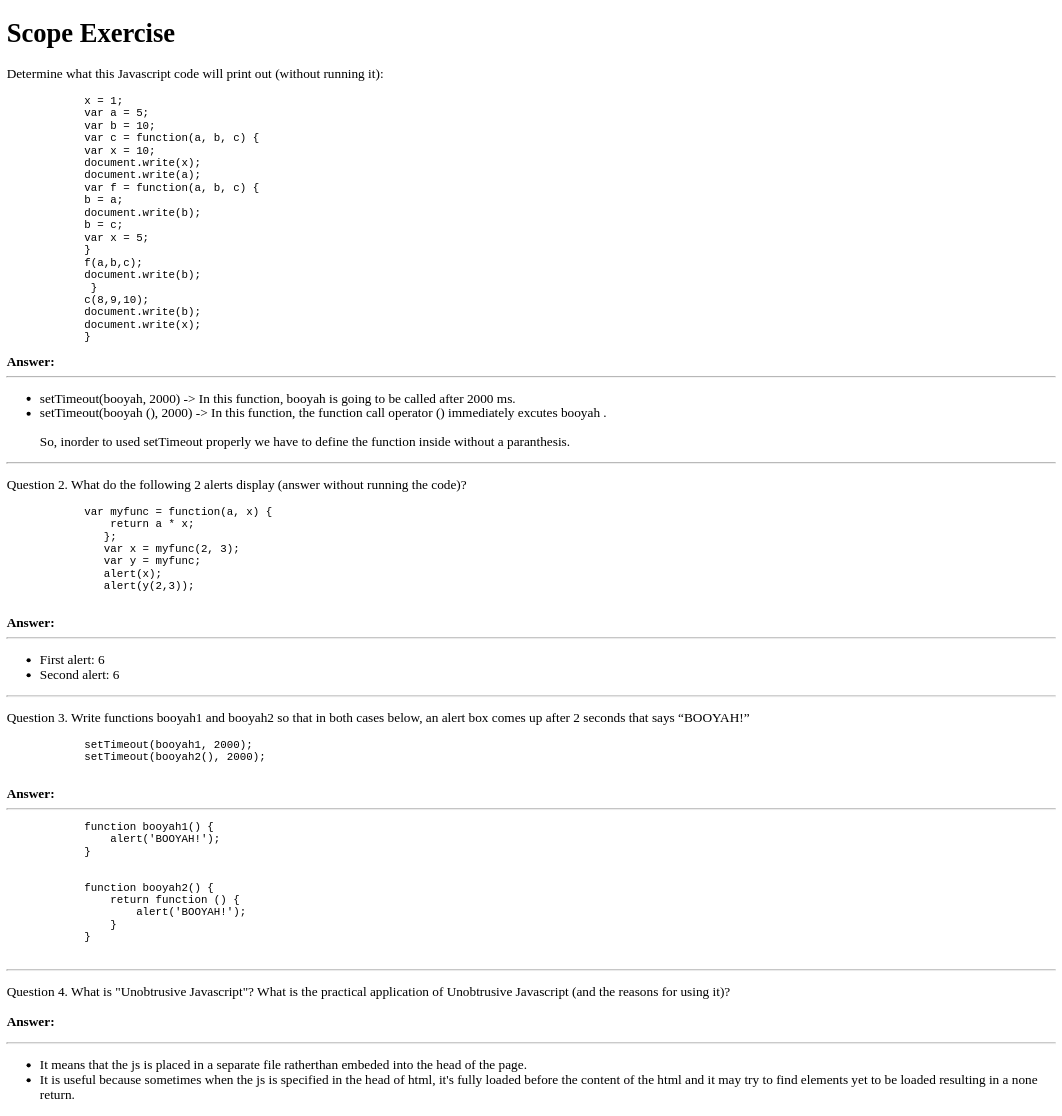
Repository: bethelbahiru/WAP
Page: Homework3/scope.html
The author's editor kept a copy of each file at every save. The page is drawn from the files as they stood at one save, then again after the next save.
The browser window is 1280 px wide. The pictures show the whole page, at 83% of full size.

Above is the page before, as saved 2022-01-18 15:12:34.

### Homework3/scope.html
<!DOCTYPE html>
<html lang="en">
<head>
    <meta charset="UTF-8">
    <meta http-equiv="X-UA-Compatible" content="IE=edge">
    <meta name="viewport" content="width=device-width, initial-scale=1.0">
    <title>Scope Exercise</title>
</head>
<body>
    <h1><strong>Scope Exercise</strong></h1>
    <p> Determine what this Javascript code will print out (without running it):
        <pre>
            x = 1;
            var a = 5;
            var b = 10;
            var c = function(a, b, c) {
            var x = 10;
            document.write(x);
            document.write(a);
            var f = function(a, b, c) {
            b = a;
            document.write(b);
            b = c;
            var x = 5;
            }
            f(a,b,c);
            document.write(b);
             }
            c(8,9,10);
            document.write(b);
            document.write(x);
            }</pre>

        <strong>Answer:</strong>
        <hr>
        <ul>
            <li>setTimeout(booyah, 2000) -> In this function, booyah is going to be called after 2000 ms.</li>
            <li>setTimeout(booyah (), 2000) -> In this function, the function call operator () immediately excutes booyah .</li>
            <p>So, inorder to used setTimeout properly we have to define the function inside without a paranthesis.</p>
        </ul>
    </p>
    <hr>
    <p>Question 2. What do the following 2 alerts display (answer without running the code)?
        <pre>
            var myfunc = function(a, x) {
                return a * x;
               };
               var x = myfunc(2, 3);
               var y = myfunc;
               alert(x);
               alert(y(2,3));
        </pre>
        <strong>Answer:</strong>
        <hr>
        <ul>
            <li>First alert: 6</li>
            <li>Second alert: 6</li>
        </ul>
    </p>
    <hr>
    <p>Question 3. Write functions booyah1 and booyah2 so that in both cases below, an alert box comes up after 2 seconds that
        says “BOOYAH!”
        <pre>
            setTimeout(booyah1, 2000);
            setTimeout(booyah2(), 2000);
        </pre>
        <strong>Answer:</strong>
        <hr>
        <pre>
            function booyah1() {
                alert('BOOYAH!');
            }
        </pre>
        <pre>
            function booyah2() {
                return function () {
                    alert('BOOYAH!');
                }
            }
        </pre>
    </p>
    <hr>
    <p>Question 4. What is "Unobtrusive Javascript"? What is the practical application of Unobtrusive Javascript (and the reasons
        for using it)?
        <br/>
        <br/>
        <strong>Answer:</strong>
        <hr>
        <ul>
            <li>It means that the js is placed in a separate file ratherthan embeded into the head of the page.</li>
            <li>It is useful because sometimes when the js is specified in the head of html, it's fully loaded before the content of the html and it may try to find elements yet to be loaded resulting in a none return.</li>
        </ul>
    </p>

</body>
</html>

After the next save:
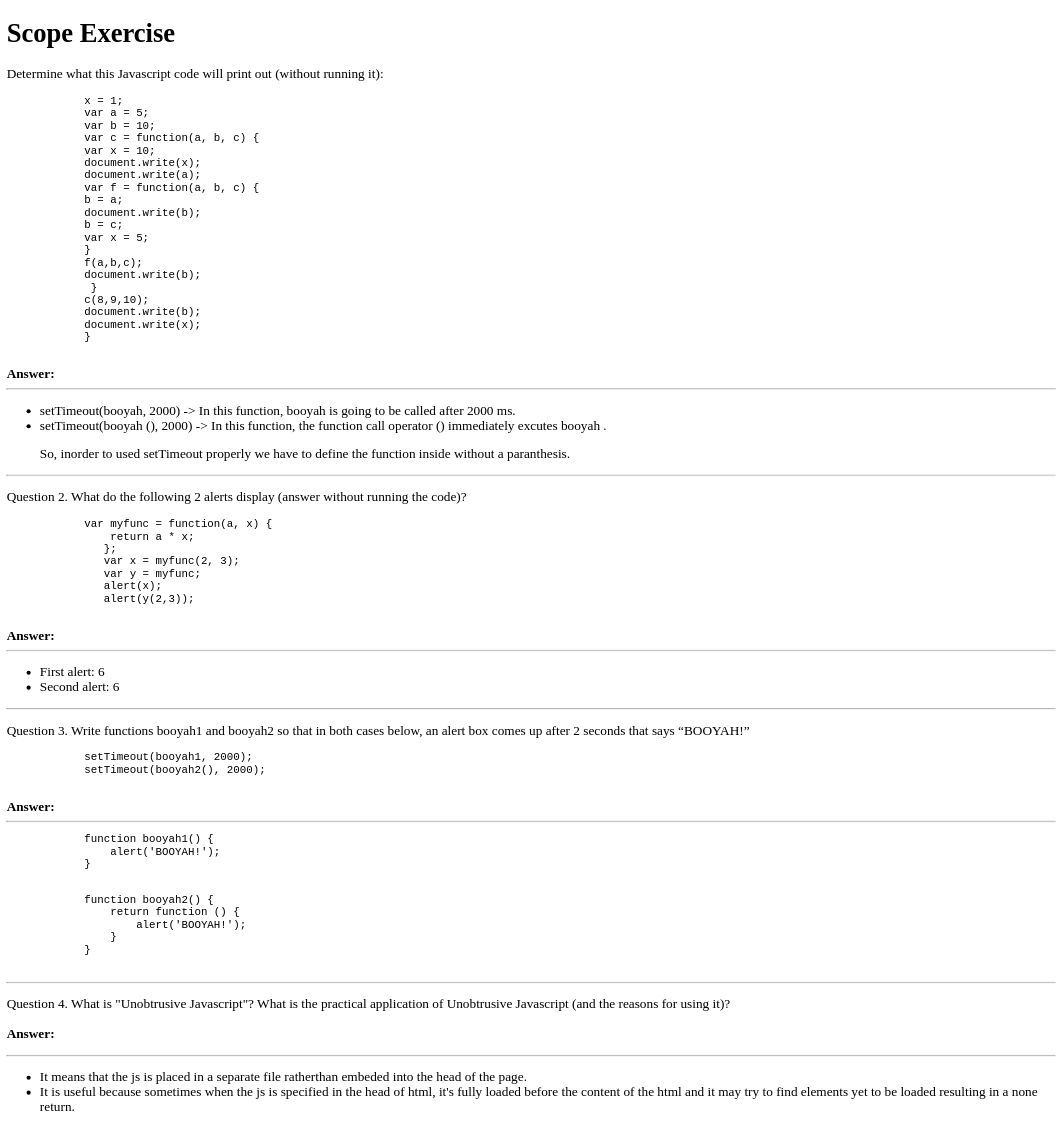
Saved 4 s later.
--- a/Homework3/scope.html
+++ b/Homework3/scope.html
@@ -29,7 +29,8 @@
             c(8,9,10);
             document.write(b);
             document.write(x);
-            }</pre>
+            }
+        </pre>
 
         <strong>Answer:</strong>
         <hr>

After the save that followed:
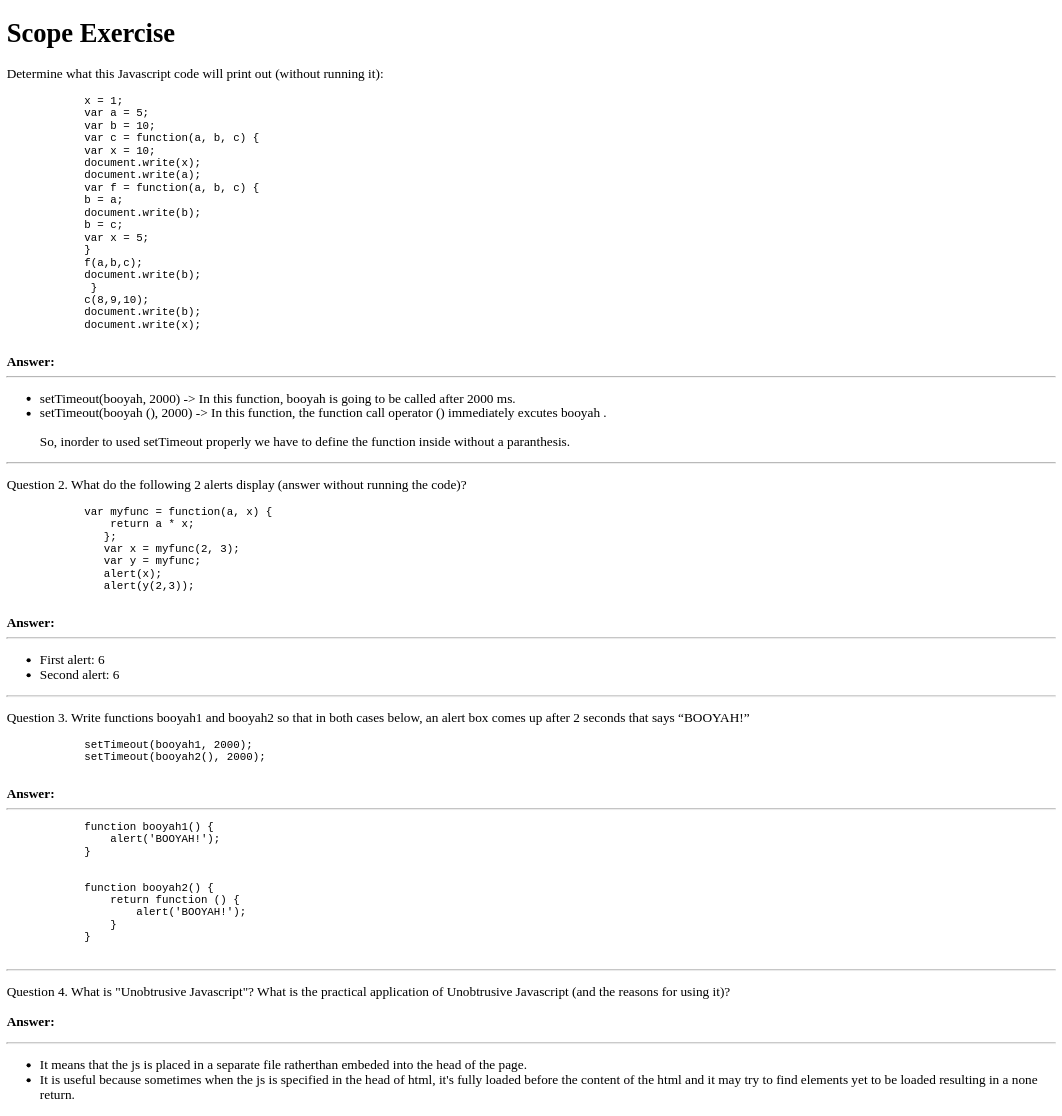
Saved 8 min 10 s later.
--- a/Homework3/scope.html
+++ b/Homework3/scope.html
@@ -29,7 +29,6 @@
             c(8,9,10);
             document.write(b);
             document.write(x);
-            }
         </pre>
 
         <strong>Answer:</strong>
